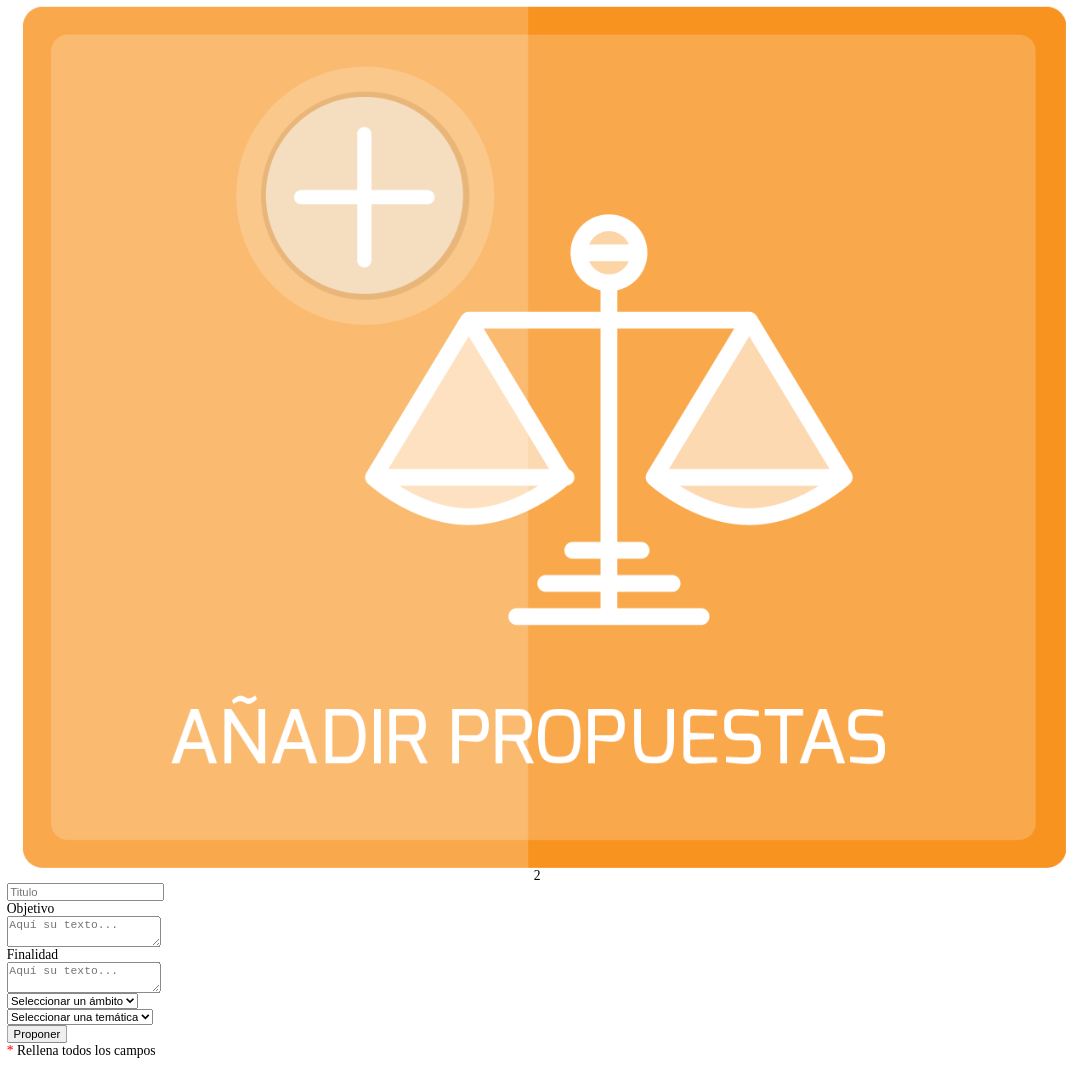
Repository: gamesrol/smartLament
Page: Cliente/partials/addPropuesta.html
The author's editor kept a record of every edit. The page is drawn from the files as they stood at one moment, then again after the next edit.
The browser window is 1280 px wide. The pictures show the whole page, at 85% of full size.

Above is the page before.

### Cliente/partials/addPropuesta.html
<div class="row">
	<div class="col-lg-12">
	    <center><a href="#/propuestas"><img class="iconsSocial" src="/img/addpropuesta.png" /></a></center>
	    <center>2&nbsp;&nbsp;<span class="glyphicon glyphicon-minus" aria-hidden="true"></span>&nbsp;&nbsp;<span class="glyphicon glyphicon-plus" aria-hidden="true"></span></center>
        <div class="field">
            <input id="proposal_title" name="proposal[title]" type="text" class="nombreAndir" ng-model="proposal.title" placeholder="Titulo"/>
        </div>
        <div class="field">
            <label for="proposal_object" class="addPropuesta">Objetivo</label><br>
            <textarea id="proposal_object" name="proposal[object]" ng-model="proposal.object" type="text" placeholder="Aqu&iacute; su texto..." class="addPropuesta"></textarea>
        </div>
        <div class="field">
            <label for="proposal_finality" class="addPropuesta">Finalidad</label><br>
            <textarea id="proposal_finality" name="proposal[finality]" ng-model="proposal.finality" placeholder="Aqu&iacute; su texto..." class="addPropuesta"></textarea>
        </div>
        <div class="field">
            <select id="proposal_scope_id" name="proposal[scope_id]"  ng-model="proposal.scope" ng-options="scope.name for scope in scopes">
                <option value="">Seleccionar un &aacute;mbito</option>
            </select>
        </div>
        <div class="field">
            <select id="proposal_subject_id" name="proposal[subject_id]" ng-model="proposal.subject" ng-options="subject.name for subject in subjects">
                <option value="">Seleccionar una tem&aacute;tica</option>
            </select>
        </div>
        <div class="actions">
            <button name="commit" type="submit" ng-click="create()" class="enviar" ng-disabled="!proposal.title || !proposal.object || !proposal.finality || !proposal.scope || !proposal.subject">Proponer</button>
            <br> <font color="red">*</font>


            <span ng-if="!proposal.title || !proposal.object || !proposal.finality || !proposal.scope || !proposal.subject">Rellena todos los campos</span>
        </div>
	</div>
</div>

After the next edit:
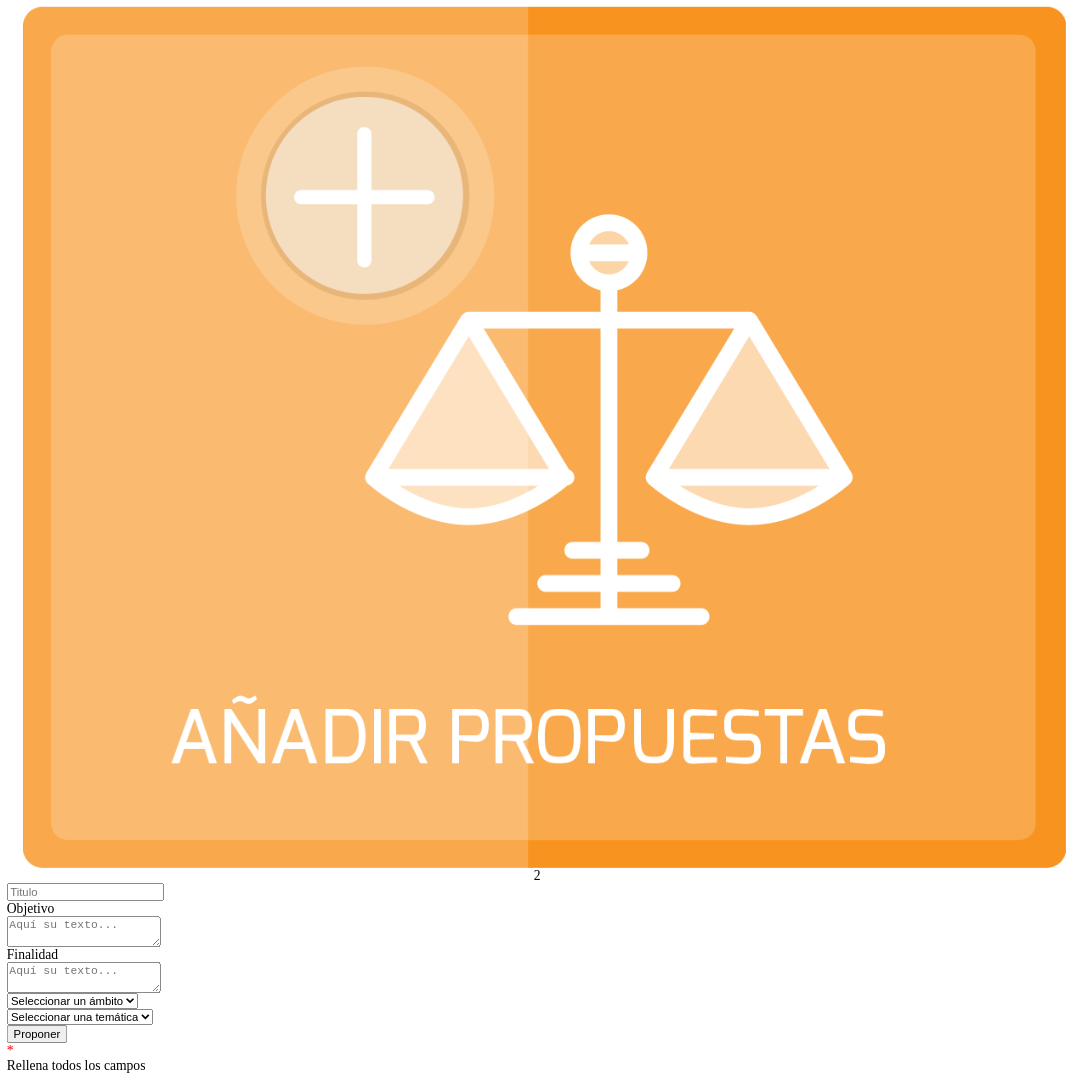
The edit:
--- a/Cliente/partials/addPropuesta.html
+++ b/Cliente/partials/addPropuesta.html
@@ -25,7 +25,7 @@
         </div>
         <div class="actions">
             <button name="commit" type="submit" ng-click="create()" class="enviar" ng-disabled="!proposal.title || !proposal.object || !proposal.finality || !proposal.scope || !proposal.subject">Proponer</button>
-            <br> <font color="red">*</font>
+            <br> <font color="red">*</font><br>
 
 
             <span ng-if="!proposal.title || !proposal.object || !proposal.finality || !proposal.scope || !proposal.subject">Rellena todos los campos</span>
